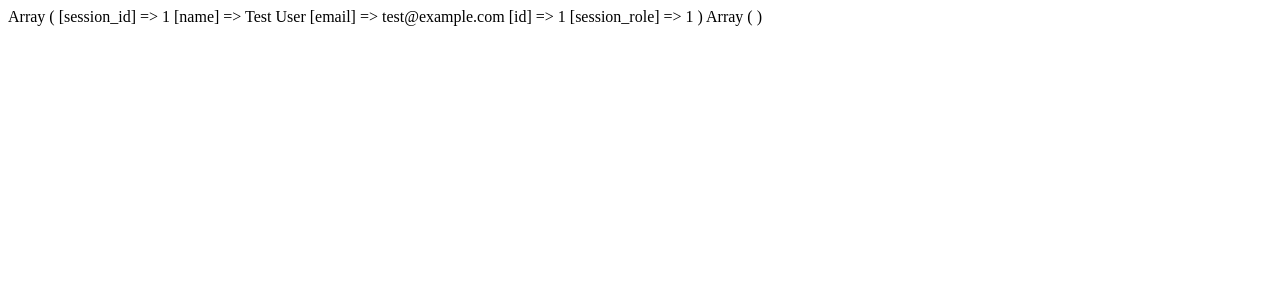
Repository: AbdulRehman0/registration
Page: http://localhost/dashboard.php
These files come from the project's save history. The page is drawn as it stood at one moment and after the next save; the edit follows.
The browser window is 1280 px wide. The pictures show the whole page.
The page is run by PHP 8.4 with error messages shown; the project is at /var/www/html/. The session is filled in as if someone had signed in: {"session_id": true, "name": "Test User", "email": "test@example.com", "id": 1, "session_role": 1}. Other server files are loaded and not shown. Queries for data that is not in the repository find no rows.

Above is the page before, as saved 2021-01-05 18:39:06.

### dashboard.php
<?php
include "./includes/config.php";
include "./models/UserModel.php";
session_start();
print_r($_SESSION);
if($_SESSION["session_id"]!=1){ session_destroy(); header("Location: login.php");die;}

$db=connectdb();

$user = new User($db);


if($_SESSION["session_role"]==1){
    $res = $user->getAllUsers();
}elseif($_SESSION["session_role"]==2){
    $res = $user->getUserByID($_SESSION["id"]);
}else{
    session_destroy(); header("Location: login.php");die;
}
print_r($res);
?>

### includes/config.php
<?php

ini_set('display_errors', 1);

ob_start();

define('DB_USER', 'root');

define('DB_PASS', '');

define('DB_HOST', 'localhost');

define('DB_NAME', 'registration');


/* BaseUrl */


//require_once ROOT_PATH . '/Conf/Conf.php';
require('MysqliDb.php');

function connectdb() {

    $DB = new MysqliDb(DB_HOST, DB_USER, DB_PASS, DB_NAME);

    return $DB;

}

### includes/MysqliDb.php
<?php
/**
 * MysqliDb Class
 *
 * @category  Database Access
 * @package   MysqliDb
 * @author    Jeffery Way <jeffrey@jeffrey-way.com>
 * @author    Josh Campbell <jcampbell@ajillion.com>
 * @copyright Copyright (c) 2010
 * @license   http://opensource.org/licenses/gpl-3.0.html GNU Public License
 * @version   1.1
 **/
class MysqliDb
{
    /**
     * Static instance of self
     *
     * @var MysqliDb
     */
    protected static $_instance;
    /**
     * MySQLi instance
     *
     * @var mysqli
     */
    protected $_mysqli;
    /**
     * The SQL query to be prepared and executed
     *
     * @var string
     */
    protected $_query;
    /**
     * An array that holds where conditions 'fieldname' => 'value'
     *
     * @var array
     */
    protected $_where = array();
    /**
     * Dynamic type list for where condition values
     *
     * @var array
     */
    protected $_whereTypeList;
    /**
     * Dynamic type list for table data values
     *
     * @var array
     */
    protected $_paramTypeList;
    /**
     * Dynamic array that holds a combination of where condition/table data value types and parameter referances
     *
     * @var array
     */
    protected $_bindParams = array(''); // Create the empty 0 index

    /**
     * @param string $host
     * @param string $username
     * @param string $password
     * @param string $db
     */
    public function __construct($host, $username, $password, $db)
    {
        $this->_mysqli = new mysqli($host, $username, $password, $db)
            or die('There was a problem connecting to the database');

        $this->_mysqli->set_charset('utf8');

        self::$_instance = $this;
    }

    /**
     * A method of returning the static instance to allow access to the
     * instantiated object from within another class.
     * Inheriting this class would require reloading connection info.
     *
     * @uses $db = MySqliDb::getInstance();
     *
     * @return object Returns the current instance.
     */
    public static function getInstance()
    {
        return self::$_instance;
    }

    /**
     * Reset states after an execution
     *
     * @return object Returns the current instance.
     */
    protected function reset()
    {
        $this->_where = array();
        $this->_bindParams = array(''); // Create the empty 0 index
        unset($this->_query);
        unset($this->_whereTypeList);
        unset($this->_paramTypeList);
    }

    /**
     * Pass in a raw query and an array containing the parameters to bind to the prepaird statement.
     *
     * @param string $query      Contains a user-provided query.
     * @param array  $bindParams All variables to bind to the SQL statment.
     *
     * @return array Contains the returned rows from the query.
     */
    public function rawQuery($query, $bindParams = null,$MYSQL_ASSOC=null)
    {
        $this->_query = filter_var($query, FILTER_SANITIZE_STRING);
        $stmt = $this->_prepareQuery();

        if (is_array($bindParams) === true) {
            $params = array(''); // Create the empty 0 index
            foreach ($bindParams as $prop => $val) {
                $params[0] .= $this->_determineType($val);
                array_push($params, $bindParams[$prop]);
            }

            call_user_func_array(array($stmt, 'bind_param'), $this->refValues($params));

        }

        $stmt->execute();
        $this->reset();

        return $this->_dynamicBindResults($stmt);
    }

    /**
     *
     * @param string $query   Contains a user-provided select query.
     * @param int    $numRows The number of rows total to return.
     *
     * @return array Contains the returned rows from the query.
     */
    public function query($query, $numRows = null)
    {
        $this->_query = filter_var($query, FILTER_SANITIZE_STRING);
        $stmt = $this->_buildQuery($numRows);
        $stmt->execute();
        $this->reset();

        return $this->_dynamicBindResults($stmt);
    }

    /**
     * A convenient SELECT * function.
     *
     * @param string  $tableName The name of the database table to work with.
     * @param integer $numRows   The number of rows total to return.
     *
     * @return array Contains the returned rows from the select query.
     */
    public function get($tableName, $numRows = null)
    {
        $this->_query = "SELECT * FROM $tableName";
        $stmt = $this->_buildQuery($numRows);
        $stmt->execute();
        $this->reset();

        return $this->_dynamicBindResults($stmt);
    }

    /**
     *
     * @param <string $tableName The name of the table.
     * @param array $insertData Data containing information for inserting into the DB.
     *
     * @return boolean Boolean indicating whether the insert query was completed succesfully.
     */
    public function insert($tableName, $insertData)
    {
        $this->_query = "INSERT into $tableName";
        $stmt = $this->_buildQuery(null, $insertData);


        $stmt->execute();
        $this->reset();

        return ($stmt->affected_rows > 0 ? $stmt->insert_id : false);
    }

    /**
     * Update query. Be sure to first call the "where" method.
     *
     * @param string $tableName The name of the database table to work with.
     * @param array  $tableData Array of data to update the desired row.
     *
     * @return boolean
     */
    public function update($tableName, $tableData)
    {
        $this->_query = "UPDATE $tableName SET ";

        $stmt = $this->_buildQuery(null, $tableData);

        $stmt->execute();
        $this->reset();

        return ($stmt->affected_rows > 0);
    }

    /**
     * Delete query. Call the "where" method first.
     *
     * @param string  $tableName The name of the database table to work with.
     * @param integer $numRows   The number of rows to delete.
     *
     * @return boolean Indicates success. 0 or 1.
     */
    public function delete($tableName, $numRows = null)
    {
        $this->_query = "DELETE FROM $tableName";

        $stmt = $this->_buildQuery($numRows);
        $stmt->execute();
        $this->reset();

        return ($stmt->affected_rows > 0);
    }

    /**
     * This method allows you to specify multipl (method chaining optional) WHERE statements for SQL queries.
     *
     * @uses $MySqliDb->where('id', 7)->where('title', 'MyTitle');
     *
     * @param string $whereProp  The name of the database field.
     * @param mixed  $whereValue The value of the database field.
     *
     * @return MysqliDb
     */
    public function where($whereProp, $whereValue)
    {
        $this->_where[$whereProp] = $whereValue;
        return $this;
    }


    /**
     * This methods returns the ID of the last inserted item
     *
     * @return integer The last inserted item ID.
     */
    public function getInsertId()
    {
        return $this->_mysqli->insert_id;
    }

    /**
     * Escape harmful characters which might affect a query.
     *
     * @param string $str The string to escape.
     *
     * @return string The escaped string.
     */
    public function escape($str)
    {
        return $this->_mysqli->real_escape_string($str);
    }

    /**
     * This method is needed for prepared statements. They require
     * the data type of the field to be bound with "i" s", etc.
     * This function takes the input, determines what type it is,
     * and then updates the param_type.
     *
     * @param mixed $item Input to determine the type.
     *
     * @return string The joined parameter types.
     */
    protected function _determineType($item)
    {
        switch (gettype($item)) {
            case 'NULL':
            case 'string':
                return 's';
                break;

            case 'integer':
                return 'i';
                break;

            case 'blob':
                return 'b';
                break;

            case 'double':
                return 'd';
                break;
        }
        return '';
    }

    /**
     * Abstraction method that will compile the WHERE statement,
     * any passed update data, and the desired rows.
     * It then builds the SQL query.
     *
     * @param int   $numRows   The number of rows total to return.
     * @param array $tableData Should contain an array of data for updating the database.
     *
     * @return mysqli_stmt Returns the $stmt object.
     */
    protected function _buildQuery($numRows = null, $tableData = null)
    {

        $hasTableData = is_array($tableData);
        $hasConditional = !empty($this->_where);

        // Did the user call the "where" method?
        if (!empty($this->_where)) {

            // if update data was passed, filter through and create the SQL query, accordingly.
            if ($hasTableData) {
                $pos = strpos($this->_query, 'UPDATE');
                if ($pos !== false) {
                    foreach ($tableData as $prop => $value) {
                        // determines what data type the item is, for binding purposes.
                        $this->_paramTypeList .= $this->_determineType($value);

                        // prepares the reset of the SQL query.
                        $this->_query .= ($prop . ' = ?, ');
                    }
                    $this->_query = rtrim($this->_query, ', ');
                }
            }

            //Prepair the where portion of the query
            $this->_query .= ' WHERE ';
            foreach ($this->_where as $column => $value) {
                // Determines what data type the where column is, for binding purposes.
                $this->_whereTypeList .= $this->_determineType($value);

                // Prepares the reset of the SQL query.
                $this->_query .= ($column . ' = ? AND ');
            }
            $this->_query = rtrim($this->_query, ' AND ');
        }

        // Determine if is INSERT query
        if ($hasTableData) {
            $pos = strpos($this->_query, 'INSERT');



            if ($pos !== false) {
                //is insert statement
                $keys = array_keys($tableData);
                $values = array_values($tableData);
                $num = count($keys);

                // wrap values in quotes
                foreach ($values as $key => $val) {
                    $values[$key] = "'{$val}'";
                    $this->_paramTypeList .= $this->_determineType($val);
                }

                $this->_query .= '(' . implode($keys, ', ') . ')';
                $this->_query .= ' VALUES(';
                while ($num !== 0) {
                    $this->_query .= '?, ';
                    $num--;
                }
                $this->_query = rtrim($this->_query, ', ');
                $this->_query .= ')';
            }

        }

        // Did the user set a limit
        if (isset($numRows)) {
            $this->_query .= ' LIMIT ' . (int)$numRows;
        }

        // Prepare query
        $stmt = $this->_prepareQuery();

        // Prepare table data bind parameters
        if ($hasTableData) {
            $this->_bindParams[0] = $this->_paramTypeList;
            foreach ($tableData as $prop => $val) {
                array_push($this->_bindParams, $tableData[$prop]);
            }
        }
        // Prepare where condition bind parameters
        if ($hasConditional) {
            if ($this->_where) {
                $this->_bindParams[0] .= $this->_whereTypeList;
                foreach ($this->_where as $prop => $val) {
                    array_push($this->_bindParams, $this->_where[$prop]);
                }
            }
        }


        // Bind parameters to statment
        if ($hasTableData || $hasConditional) {
            call_user_func_array(array($stmt, 'bind_param'), $this->refValues($this->_bindParams));
        }

        return $stmt;
    }

    /**
     * This helper method takes care of prepared statements' "bind_result method
     * , when the number of variables to pass is unknown.
     *
     * @param mysqli_stmt $stmt Equal to the prepared statement object.
     *
     * @return array The results of the SQL fetch.
     */
    protected function _dynamicBindResults(mysqli_stmt $stmt)
    {
        $parameters = array();
        $results = array();

        $meta = $stmt->result_metadata();
        $row = array();
        while ($field = $meta->fetch_field()) {
            $row[$field->name] = null;
            $parameters[] = & $row[$field->name];
        }

        call_user_func_array(array($stmt, 'bind_result'), $parameters);

        while ($stmt->fetch()) {
            $x = array();
            foreach ($row as $key => $val) {
                $x[$key] = $val;
            }
            array_push($results, $x);
        }
        return $results;
    }

    /**
     * Method attempts to prepare the SQL query
     * and throws an error if there was a problem.
     *
     * @return mysqli_stmt
     */
    protected function _prepareQuery()
    {


        if (!$stmt = $this->_mysqli->prepare($this->_query)) {
            trigger_error("Problem preparing query ($this->_query) " . $this->_mysqli->error, E_USER_ERROR);
        }
        return $stmt;
    }

    /**
     * Close connection
     */
    public function __destruct()
    {
        $this->_mysqli->close();
    }

    /**
     * @param array $arr
     *
     * @return array
     */
    protected function refValues($arr)
    {
        //Reference is required for PHP 5.3+
        if (strnatcmp(phpversion(), '5.3') >= 0) {
            $refs = array();
            foreach ($arr as $key => $value) {
                $refs[$key] = & $arr[$key];
            }
            return $refs;
        }
        return $arr;
    }

} // END class

### models/UserModel.php
<?php
Class User{
    private $db;
    private $lastID;
    public function __construct($db){
        $this->db = $db;
    }

    public function getAllUsers(){
        return $this->db->get("users");

    }
    public function insertUser($data){
        $insertData=array(
            "name"=>$data["name"],
            "email"=>$data["email"],
            "role_id"=>$data["role_id"],
            "password"=>$data["password"]
        );
        return $this->db->insert("users",$insertData);

    }
    public function getUserByID($id){}
    public function getUserByEmail($email){
        $query = "select * from users where email=?";
        $params=array($email);
        return $this->db->rawQuery($query,$params);
    }
    public function deleteUserByID($id){}
    public function updateUserByID($data){}


}

?>

After the next save:
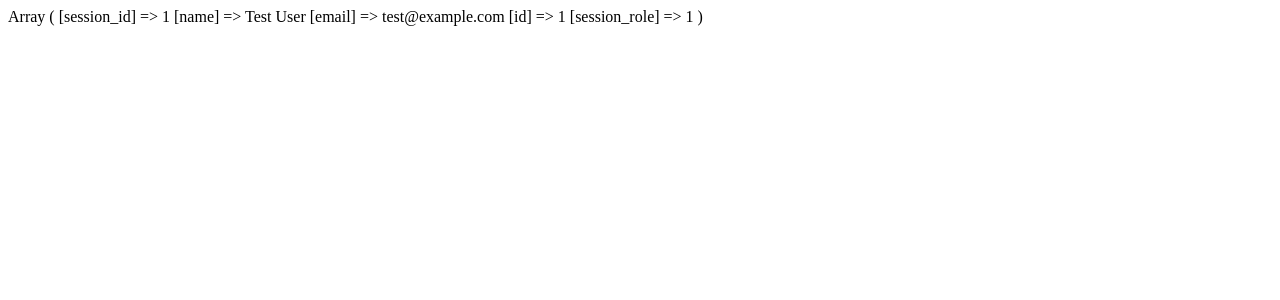
Saved 16 s later.
--- a/dashboard.php
+++ b/dashboard.php
@@ -17,5 +17,4 @@ if($_SESSION["session_role"]==1){
 }else{
     session_destroy(); header("Location: login.php");die;
 }
-print_r($res);
 ?>
